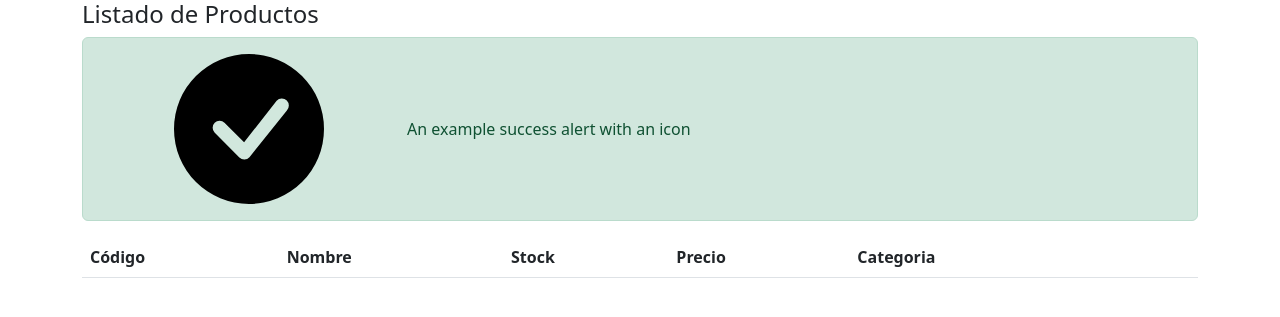
Repository: xJerson/ClaseSpring20-10-2023
Page: http://localhost/listado
The author's editor kept a copy of each file at every save. The page is drawn from the files as they stood at one save, then again after the next save.
The browser window is 1280 px wide. The pictures show the whole page.
The page is this project's Thymeleaf template; nobody is signed in. The template is opened directly, without the code that normally fills it, so the values that code supplies are empty.

Above is the page before, as saved 2023-10-21 02:41:19.

After the next save:
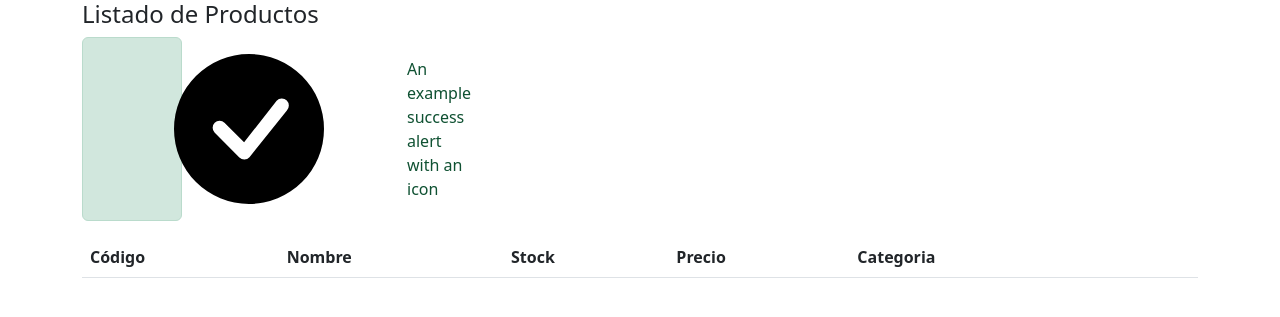
Saved 92 s later.
--- a/dawi_sesion06G2/src/main/resources/templates/listado.html
+++ b/dawi_sesion06G2/src/main/resources/templates/listado.html
@@ -22,7 +22,7 @@
   </symbol>
 </svg>
 
- <div class="alert alert-success d-flex align-items-center" role="alert">
+ <div class="alert alert-success d-flex align-items-center" role="alert" style="width: 100px;">
   <svg class="bi flex-shrink-0 me-2" role="img" aria-label="Success:"><use xlink:href="#check-circle-fill"/></svg>
   <div>
     An example success alert with an icon
